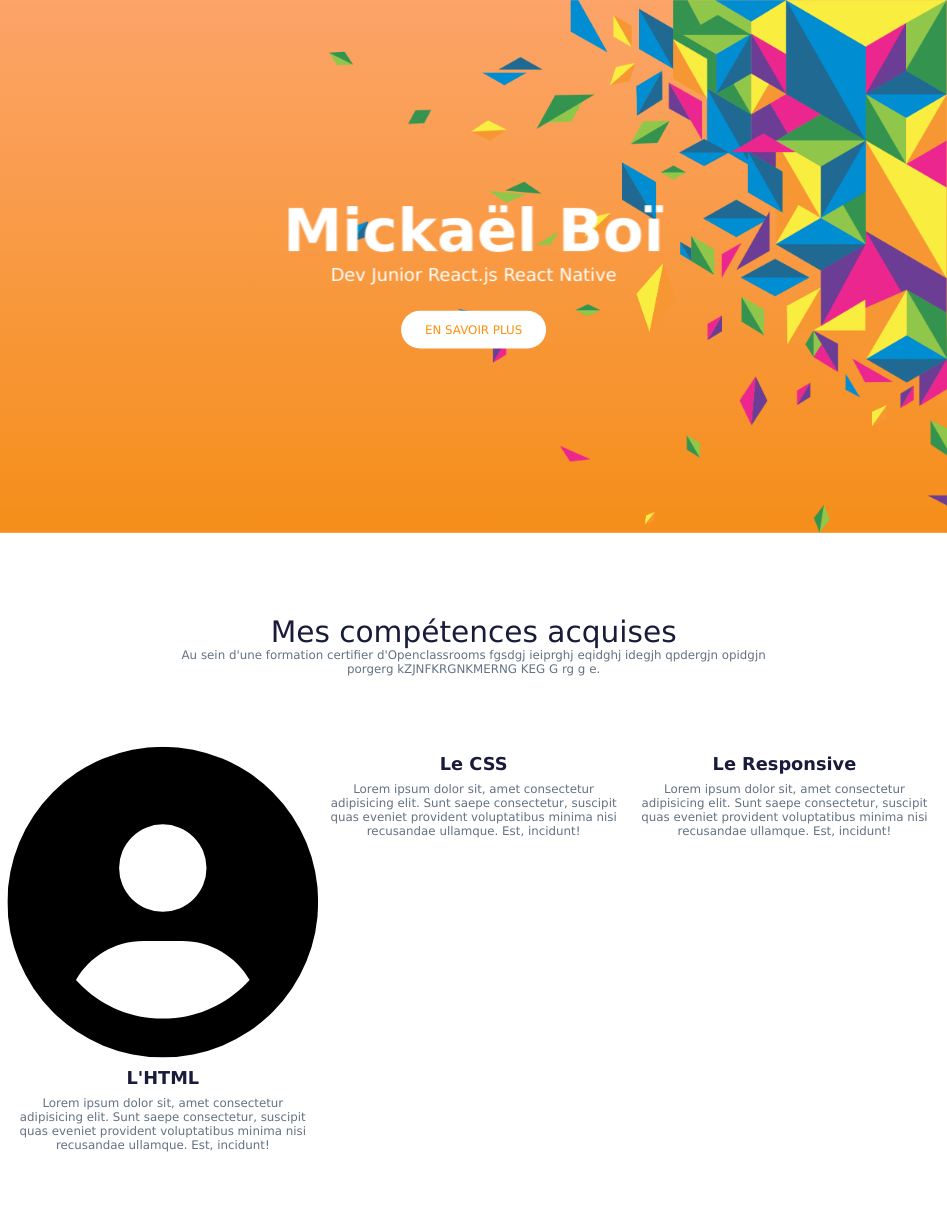
Repository: Micka-17/React_CV
Page: / (app in react-cv/)
The author's editor kept a copy of each file at every save. The page is drawn from the files as they stood at one save, then again after the next save.
The browser window is 1280 px wide. The pictures show the whole page, at 74% of full size.
The project was rebuilt for these pictures with package versions that can differ from the ones it lists, and the page was loaded fresh each time.

Above is the page before, as saved 2021-10-20 11:13:09.

After the next save:
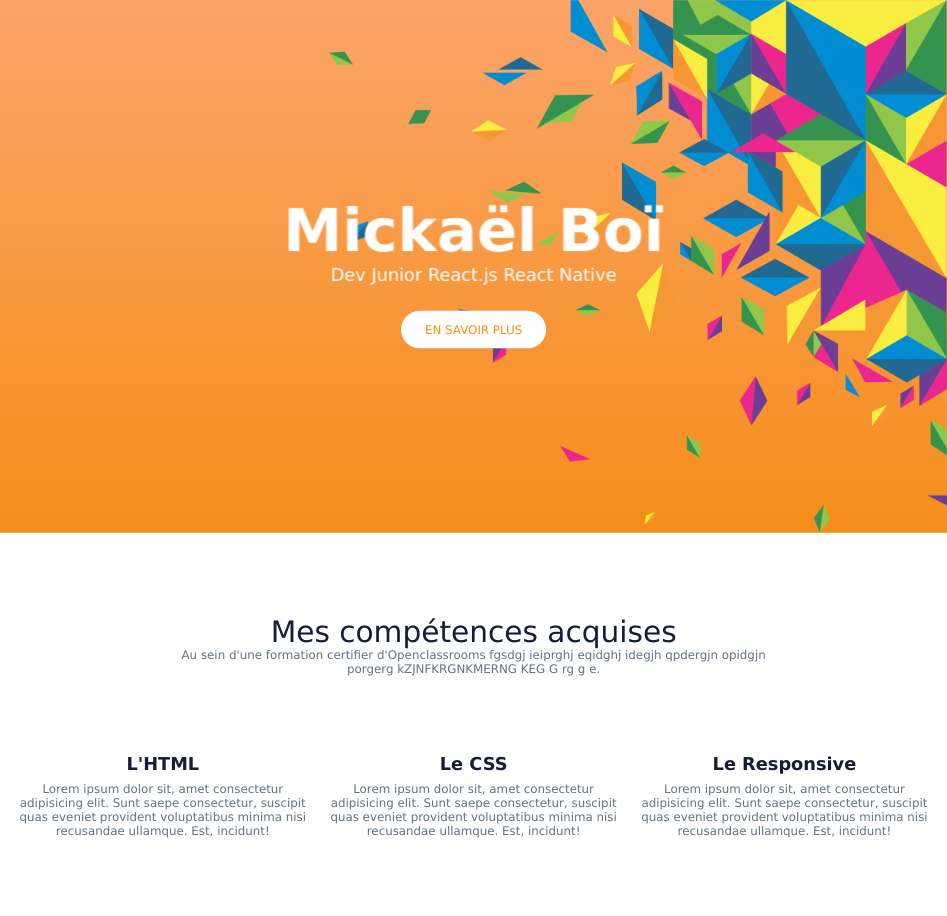
Saved 7 s later.
--- a/react-cv/src/components/Skills.jsx
+++ b/react-cv/src/components/Skills.jsx
@@ -12,7 +12,7 @@ export default function Skills() {
              kZJNFKRGNKMERNG KEG G rg g e.</p>
         <div class="container" data-aos="zoom-in">
             <div class="competences">
-                <FontAwesomeIcon class="fab fa-html5 fa-5x" icon={faUserCircle} />
+                <FontAwesomeIcon class="fab fa-html5 fa-5x" icon={fahtml5} />
                 <h2>L'HTML</h2>
                 <p>Lorem ipsum dolor sit, amet consectetur adipisicing elit. Sunt saepe consectetur, suscipit quas eveniet provident voluptatibus minima nisi recusandae ullamque. Est, incidunt!</p>
             </div>
